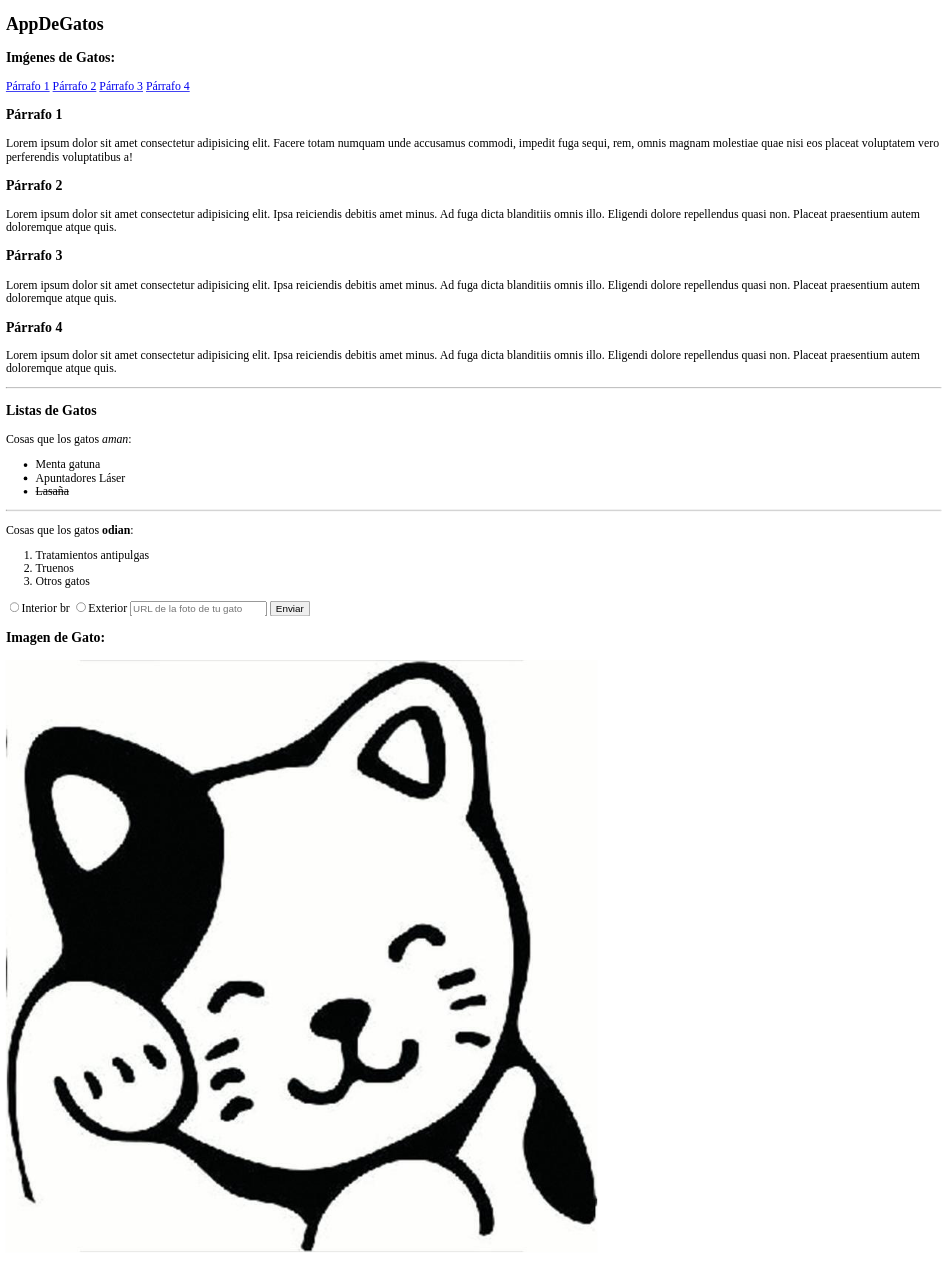
Repository: pedro-donoso/curso-html---css
Page: index.html
An editor plug-in stored every save of this project. The page is shown before and after a run of saves, followed by the edit.
The browser window is 1280 px wide. The pictures show the whole page, at 74% of full size.

Above is the page before, as saved 2023-11-07 11:52:55.

After the next 2 saves:
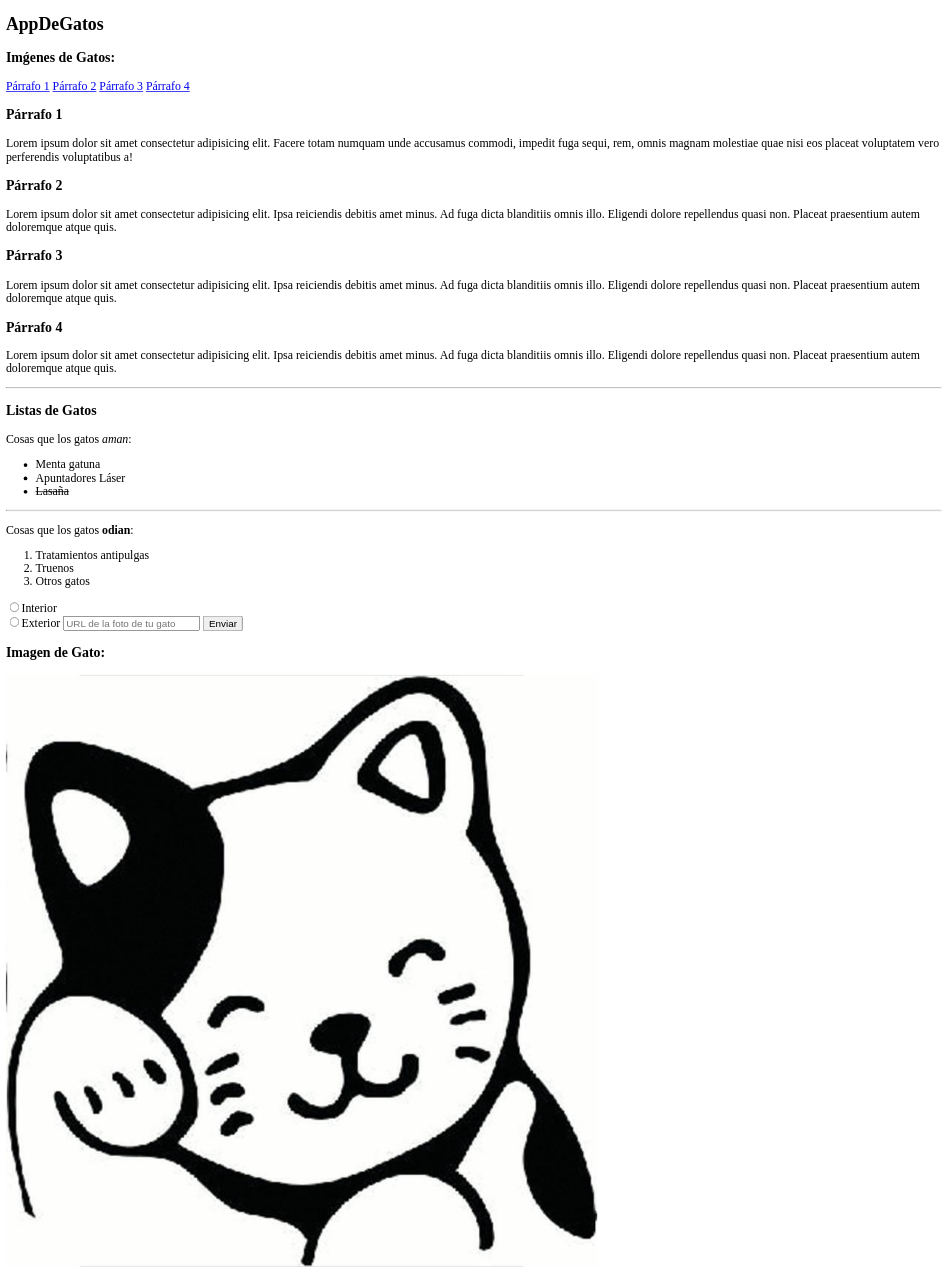
The 2 saves are shown as one change because they came seconds apart.
The last was saved 21 s later.
--- a/index.html
+++ b/index.html
@@ -56,9 +56,11 @@
   <form action="/enviar-respuesta">
     <label for="interior"><input type="radio" id="interior" name="interior-exterior">Interior </label>
 
-    br
+    <br>
 
     <label for="exterior"><input type="radio" id="exterior" name="interior-exterior">Exterior </label>
+
+
 
     <input type="text" placeholder="URL de la foto de tu gato" required>
     <button type="submit">Enviar</button>
